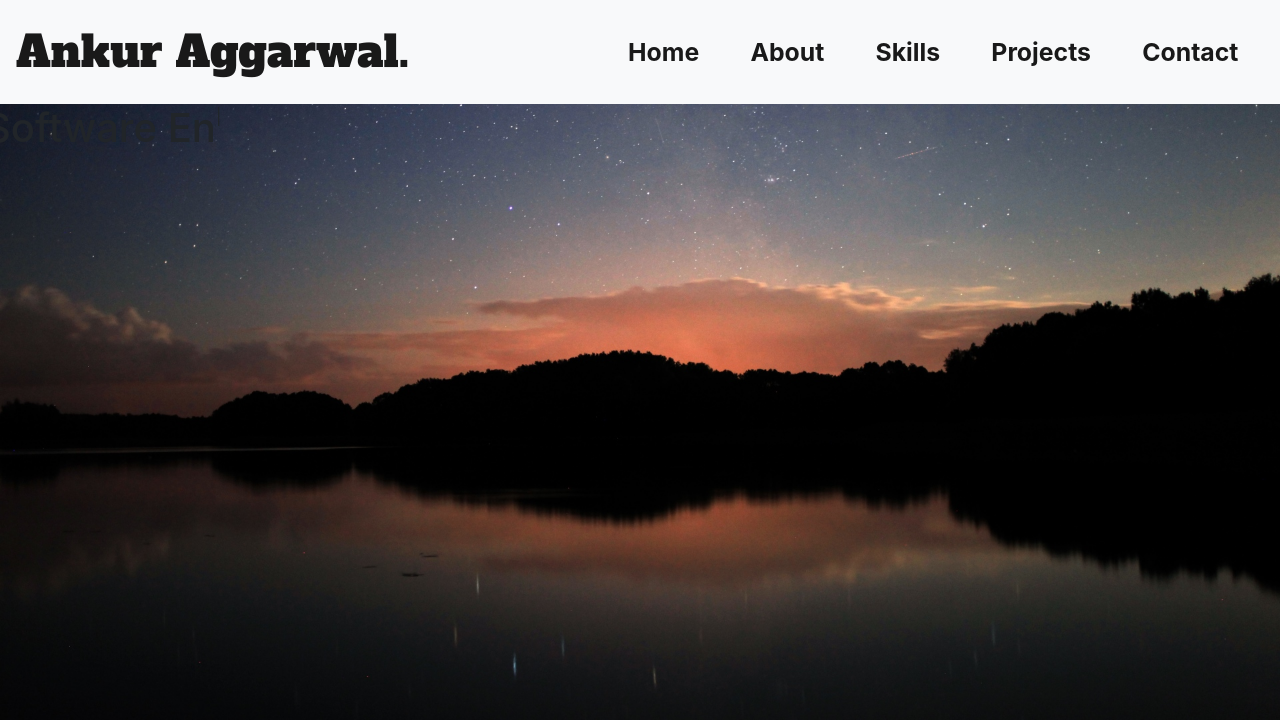
Repository: AnkurDevv/PersonalWebsite
Page: index.html
These files come from the project's save history. The page is drawn as it stood at one moment and after the next save; the edit follows.
The browser window is 1280 px wide. The pictures show the whole page.
Some web fonts or font styles are not loaded; a fallback is used.

Above is the page before, as saved 2020-09-13 14:05:36.

### index.html
<!DOCTYPE html>
<html>

<head>
  <meta charset="utf-8">
  <meta http-equiv="X-UA-Compatible" content="IE=edge">
  <title>Ankur Aggarwal</title>
  <meta name="description" content="">
  <meta name="viewport" content="width=device-width, initial-scale=1">
  <!-- Importing Bootstrap here -->
  <link rel="stylesheet" href="https://stackpath.bootstrapcdn.com/bootstrap/4.4.1/css/bootstrap.min.css"
    integrity="sha384-Vkoo8x4CGsO3+Hhxv8T/Q5PaXtkKtu6ug5TOeNV6gBiFeWPGFN9MuhOf23Q9Ifjh" crossorigin="anonymous">
  <!--CUSTOM CSS FOR THE PAGE  -->
  <link rel="stylesheet" href="./style/index.css">
  <!-- FOR COOL ANIMATION EFFECTS -->
  <link rel="stylesheet" href="./style/animate.css">
  <!-- FOR COOL TYPING EFFECTS -->
  <script src="https://cdn.jsdelivr.net/npm/typed.js@2.0.11"></script>
  <!-- FOR GOOGLE FONTS - START -->
  <!-- for main heading -->
  <link
    href="https://fonts.googleapis.com/css2?family=Merienda:wght@700&family=Pacifico&family=Roboto&family=Roboto+Slab:wght@500&display=swap"
    rel="stylesheet">
  <!-- For Sub heading -->
  <link
    href="https://fonts.googleapis.com/css2?family=Inconsolata:wght@700&family=Merienda:wght@700&family=Pacifico&family=Roboto&family=Roboto+Slab:wght@500&display=swap"
    rel="stylesheet">
  <!-- For Navbar Logo -->
  <link href="https://fonts.googleapis.com/css2?family=Alfa+Slab+One&display=swap" rel="stylesheet">
  <!-- FOR GOOGLE FONTS - END -->
</head>

<body>
  <header>
    <nav class="navbar navbar-expand-lg navbar-light bg-light">
      <a class="navbar-brand" id="Brand-logo">Ankur Aggarwal.</a>
      <button class="navbar-toggler" type="button" data-toggle="collapse" data-target="#navbarNav"
        aria-controls="navbarNav" aria-expanded="false" aria-label="Toggle navigation">
        <span class="navbar-toggler-icon"></span>
      </button>
      <div class="collapse navbar-collapse" id="navbarNav">
        <ul class="navbar-nav">
          <li class="nav-item active">
            <a class="nav-link" href="#">Home</a>
          </li>
          <li class="nav-item active">
            <a class="nav-link" href="#">About</a>
          </li>
          <!-- <li class="nav-item active">
            <a class="nav-link" href="#">Why Me?</a>
          </li> -->
          <li class="nav-item active">
            <a class="nav-link" href="#">Skills</a>
          </li>
          <li class="nav-item active">
            <a class="nav-link" href="#">Projects</a>
          </li>
          <li class="nav-item active">
            <a class="nav-link" href="#">Contact</a>
          </li>
        </ul>
      </div>
    </nav>
    <!-- FIRST IMPRESSION SECTION - START -->
    <section class="first-impression-section">
      <div class="row first-impression-row">
        <h1 class="text-center animated fadeInDown" id="typed" id="MainNameHeading"></h1>
      </div>
      <div class="row">
        <h3 id="MainSubHeading">
          <span style="white-space:pre;"></span>
          <!-- <span class="typed-cursor typed-cursor--blink">|</span> -->
        </h3>
      </div>
    </section>
    <!-- FIRST IMPRESSION SECTION - END -->
  </header>

  <script>
    // JS FOR COOL TYPING EFFECT USING TYPE.JS -  START
    var options = {
      strings: ['Software Engineer.', 'Web Developer.', 'Team Player.'],
      typeSpeed: 100,
      loop: true,
      backDelay: 800,
      backSpeed: 80,
      startDelay: 1000,
    };
    var typed = new Typed('#typed', options);
// JS FOR COOL TYPING EFFECT USING TYPE.JS -  END
  </script>

  <!-- NECESSARY JS FOR BOOTSTRAP - START -->
  <script src="https://code.jquery.com/jquery-3.4.1.slim.min.js"
    integrity="sha384-J6qa4849blE2+poT4WnyKhv5vZF5SrPo0iEjwBvKU7imGFAV0wwj1yYfoRSJoZ+n"
    crossorigin="anonymous"></script>
  <script src="https://cdn.jsdelivr.net/npm/popper.js@1.16.0/dist/umd/popper.min.js"
    integrity="sha384-Q6E9RHvbIyZFJoft+2mJbHaEWldlvI9IOYy5n3zV9zzTtmI3UksdQRVvoxMfooAo"
    crossorigin="anonymous"></script>
  <script src="https://stackpath.bootstrapcdn.com/bootstrap/4.4.1/js/bootstrap.min.js"
    integrity="sha384-wfSDF2E50Y2D1uUdj0O3uMBJnjuUD4Ih7YwaYd1iqfktj0Uod8GCExl3Og8ifwB6"
    crossorigin="anonymous"></script>
  <!-- NECESSARY JS FOR BOOTSTRAP - END -->

  <!-- ADDING JQUERY - START -->
  <script src="https://ajax.googleapis.com/ajax/libs/jquery/3.5.1/jquery.min.js"></script>
  <!-- ADDING JQUERY - END -->

  <!-- CUSTOM JS FOR THE PAGE - START  -->
  <script src="index.js"></script>
  <!-- CUSTOM JS FOR THE PAGE - END  -->
</body>

</html>

### style/index.css
body{
  margin-left: 0;
  margin-right: 0;
}

/* NAVBAR CSS - START */

#Brand-logo{
  font-family: 'Alfa Slab One', cursive;
  font-size: 270%;
}

.navbar-nav{
  margin-left: auto;
}

.nav-link{
  font-size: 155%;
  font-weight: 700;
  padding: 2vw!important;
}

@media only screen and (max-width: 992px) {
  .nav-link{
    text-align: center;
  }
}

@media only screen and (max-width: 600px) {

  #Brand-logo{
    font-size: 140%;
  }

  .navbar-nav{
    height: 100vh;
  }

  .nav-link{
    margin: 5vh auto;
  }

}

/* NAVBAR CSS - END */

/* FIRST IMPRESSION SECTION CSS - START */
header{
  height: 100vh; /* Takes 100% of the screen size */
  background-image:url(../images/sunset_skyline_lake_reflection_114025_1920x1080.jpg);
  -webkit-background-size: cover;
  background-position: center;
  overflow: hidden;
}

#MainNameHeading{
  margin: 0 auto;
  margin-top: 27vh;
  font-size: 395%;
  color: white;
  font-family: 'Roboto Slab', serif;
  padding-bottom: 3%;
}

#MainSubHeading{
  margin: 0 auto;
  color: white;
  text-align: -webkit-center;
  font-family: 'Inconsolata', monospace;
  font-size: xx-large;
}
/* FIRST IMPRESSION SECTION CSS - ENDS */

### index.js
// CHANGING NAVBAR COLOR WHEN A USER HOVERS OVER A LINK
$(document).ready(function () {

  // makes nav transparent when user hovers on a link
  $(".nav-link").hover(function () {
    $('.navbar').addClass('bg-dark').removeClass('bg-light');
    $('#Brand-logo').css("color", "white");
    $('.nav-link').css("color", "white");
    $('.navbar-toggler').css("color", "white");
  });

  // makes nav non-transparent when user hovers on a link
  $(".navbar").mouseleave(function () {
    $('.navbar').addClass('bg-light').removeClass('bg-dark');
    $('#Brand-logo').css("color", "black");
    $('.nav-link').css("color", "black");
    $('.navbar-toggler').css("color", "black");
  });

});

Loaded but not shown: style/animate.css (library)

After the next save:
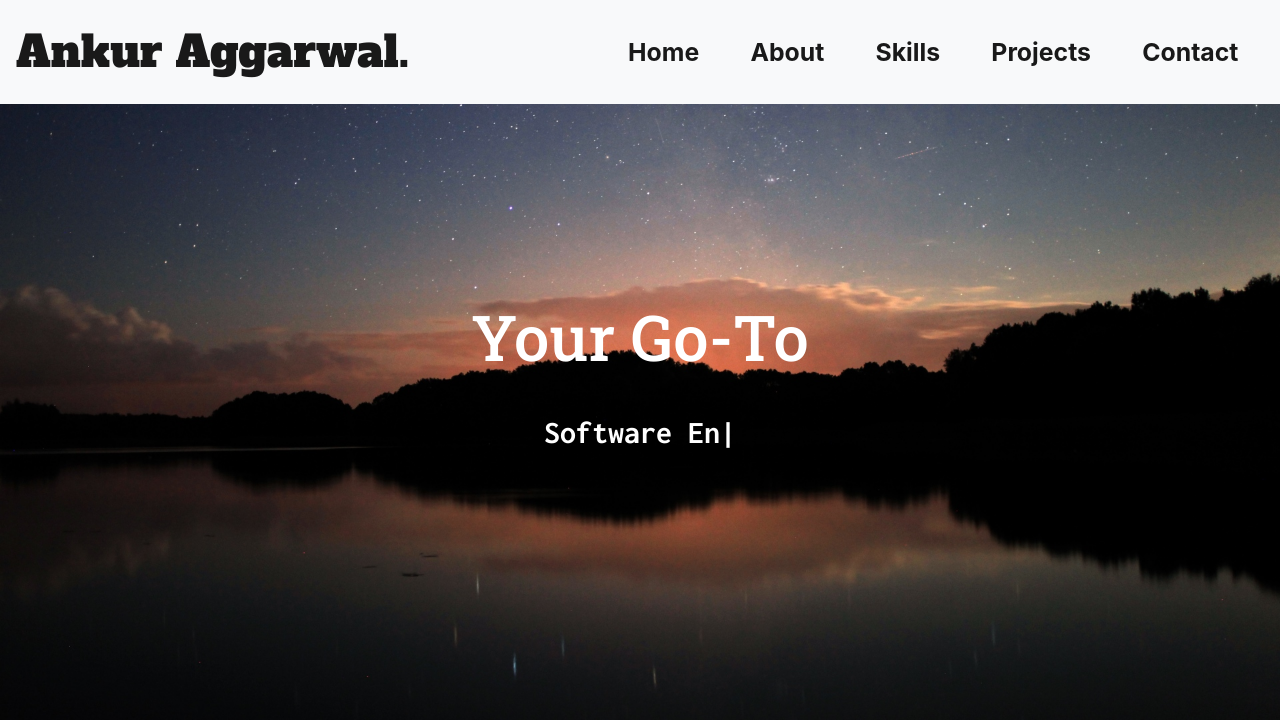
Saved 101 s later.
--- a/index.html
+++ b/index.html
@@ -64,11 +64,11 @@
     <!-- FIRST IMPRESSION SECTION - START -->
     <section class="first-impression-section">
       <div class="row first-impression-row">
-        <h1 class="text-center animated fadeInDown" id="typed" id="MainNameHeading"></h1>
+        <h1 class="text-center animated fadeInDown" id="MainNameHeading">Your Go-To</h1>
       </div>
       <div class="row">
         <h3 id="MainSubHeading">
-          <span style="white-space:pre;"></span>
+          <span id="typed" style="white-space:pre;"></span>
           <!-- <span class="typed-cursor typed-cursor--blink">|</span> -->
         </h3>
       </div>
